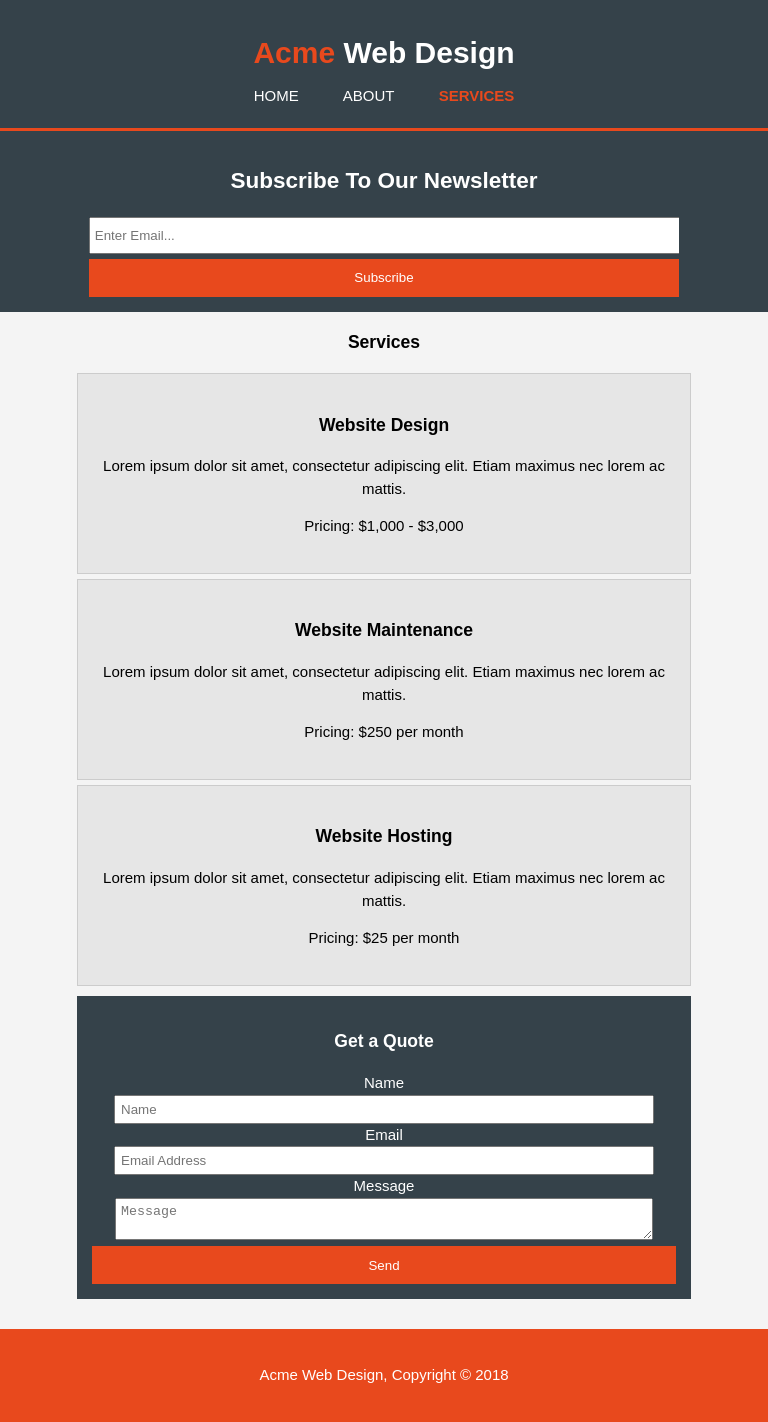
Repository: pablitoe61/exercices-html
Page: responsive/services.html
The author's editor kept a record of every edit. The page is drawn from the files as they stood at one moment, then again after the next edit.
The browser window is 768 px wide. The pictures show the whole page.
Some web libraries are served in a nearby version.

Above is the page before.

### responsive/services.html
<!DOCTYPE html>
    <html lang="en">
        <head>
            <title>Acme Web Design | Services</title>
            <meta charset="UTF-8">
            <meta name="viewport" content="width=device-width, initial-scale=1.0">
            <meta http-equiv="X-UA-Compatible" content="ie=edge">
            <meta name="description" content="Affordable and professional web design">
            <meta name="keywords" content="web design, affordable web design, professional web design">
            <meta name="author" content="Pablo Espinoza">
            <link rel="stylesheet" href="https://use.fontawesome.com/releases/v5.5.0/css/all.css" integrity="sha384-B4dIYHKNBt8Bc12p+WXckhzcICo0wtJAoU8YZTY5qE0Id1GSseTk6S+L3BlXeVIU" crossorigin="anonymous">
            <link rel="stylesheet" href="css/styles.css">
        </head>
        <body>

            <header>
                <div class="container">
                    <div id="branding">
                        <h1><span class="highlight">Acme</span> Web Design</h1>
                    </div>
                    <nav>
                        <ul>
                            <li><a href="index.html">Home</a></li>
                            <li><a href="about.html">About</a></li>
                            <li class="current"><a href="services.html">Services</a></li>
                        </ul>
                    </nav>
                </div>
            </header>


            <section id="newsletter">
                <div class="container">
                    <h1>Subscribe To Our Newsletter</h1>
                    <form>
                        <input type="email" placeholder="Enter Email...">
                        <button type="submit" class="button_1">Subscribe</button>
                    </form>
                </div>
            </section>

            <section id="main">
                <div class="container">
                    <article id="main-col">
                        <h1 class="page-title">Services</h1>
                        <ul id="services">
                            <li>
                                <h3>Website Design</h3>
                                <p>Lorem ipsum dolor sit amet, consectetur adipiscing elit. Etiam maximus nec lorem ac mattis.</p>
                                <p>Pricing: $1,000 - $3,000</p>
                            </li>
                            <li>
                                <h3>Website Maintenance</h3>
                                <p>Lorem ipsum dolor sit amet, consectetur adipiscing elit. Etiam maximus nec lorem ac mattis.</p>
                                <p>Pricing: $250 per month</p>
                            </li>
                            <li>
                                <h3>Website Hosting</h3>
                                <p>Lorem ipsum dolor sit amet, consectetur adipiscing elit. Etiam maximus nec lorem ac mattis.</p>
                                <p>Pricing: $25 per month</p>
                            </li>
                        </ul>
                    </article>

                    <aside id="sidebar">
                        <div class="dark">
                            <h3>Get a Quote</h3>
                            <form class="quote">
                                <div>
                                    <label>Name</label><br>
                                    <input type="text" placeholder="Name">
                                </div>
                                <div>
                                    <label>Email</label><br>
                                    <input type="email" placeholder="Email Address">
                                </div>
                                <div>
                                    <label>Message</label><br>
                                    <textarea placeholder="Message"></textarea>
                                </div>
                                <button class="button_1" type="submit">Send</button>
                            </form>
                        </div>
                    </aside>
                </div>
            </section>

            <footer>
                <p>Acme Web Design, Copyright &copy; 2018</p>
            </footer>

        </body>
    </html>

### responsive/css/styles.css
body{
    font: 15px/1.5 Arial, Helvetica, sans-serif;
    padding:0;
    margin:0;
    background-color:#f4f4f4;
}

/* Global */

.container{
    width:80%;
    margin:auto;
    overflow:hidden;
}

ul{
    margin:0;
    padding:0;
}

.button_1{
    height:38px;
    background:#e8491d;
    border:0;
    padding: 0 20px;
    color:#fff;
}

.dark{
    padding:15px;
    background:#35424a;
    color:#fff;
    margin-top:10px;
    margin-bottom:10px;
}

/* Header */

header{
    background:#35424a;
    color:#ffffff;
    padding-top:30px;
    min-height:70px;
    border-bottom:#e8491d 3px solid;
}

header a{
    color:#fff;
    text-decoration:none;
    text-transform:uppercase;
}

header ul{
    margin:0;
    padding:0;
}

header li{
    float:left;
    display: inline;
    padding: 0 20px;
}

header #branding{
    float:left;
}

header #branding h1{
    margin:0;
}

header nav{
    float:right;
    margin-top:10px;
}

header .highlight, header .current a{
    color:#e8491d;
    font-weight:bold;
}

header a:hover{
    color:#ccc;
    font-weight:bold;
}

/* Showcase */

#showcase{
    min-height:400px;
    background:url(../img/showcase.jpg) no-repeat -600px -700px;
    filter:grayscale(20%);
    text-align:center;
    color:#fff;
}

#showcase h1{
    margin-top:100px;
    font-size:55px;
    margin-bottom:10px;
}

#showcase p{
    font-size:20px;
}

/* Newsletter */

#newsletter{
    padding:15px;
    color:#fff;
    background:#35424a;
}

#newsletter h1{
    float:left;
}

#newsletter form{
    float:right;
    margin-top:15px;
}

#newsletter input[type="email"]{
    padding:4px;
    height:25px;
    width:250px;
}

/* Boxes */

#boxes{
    margin-top:20px;
}

#boxes .box{
    float:left;
    text-align:center;
    width:30%;
    padding:10px;
}

#boxes .box .logu{
    font-size: 150px;
}

.fa-html5{
    color:#F16529;
}

.fa-css3-alt{
    color:#2A65F1;
}


/* Sidebar */

aside#sidebar{
    float:right;
    width:30%;
    margin-top:10px;
}

aside#sidebar .quote input, aside#sidebar .quote textarea {
    width:90%;
    padding:5px;
}

/* Main-col */

article#main-col{
    float:left;
    width:65%;
}

/* Services */

ul#services li{
    list-style:none;
    padding:20px;
    border: #ccc solid 1px;
    margin-bottom:5px;
    background:#e6e6e6;
}

footer{
    padding:20px;
    margin-top:20px;
    color:#fff;
    background-color:#e8491d;
    text-align:center;
}

/* Media Queries */

@media(max-width: 768px){
    header #branding,
    header nav,
    header nav li,
    #newsletter h1,
    #newsletter form,
    #boxes .box,
    article#main-col,
    aside#sidebar{
        float:none;
        text-align:center;
        width:100%;
    }

    header{
        padding-bottom:20px;
    }

    #showcase h1{
        margin-top:40px;
    }

    #newsletter button, .quote button{
        display:block;
        width:100%;
    }

    #newsletter form input[type="email"]{
        width:100%;
        margin-bottom:5px;
    }
}

After the next edit:
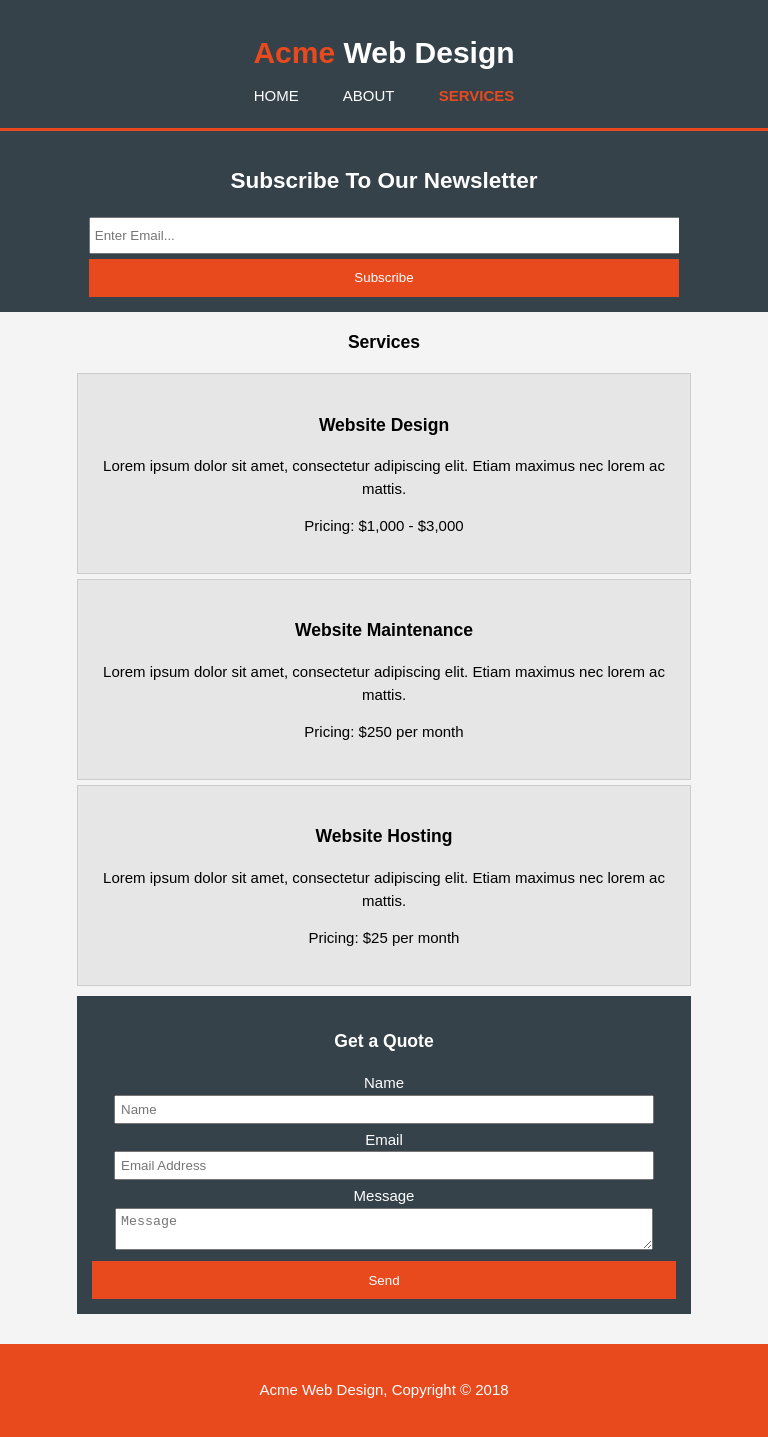
The edit:
--- a/responsive/css/styles.css
+++ b/responsive/css/styles.css
@@ -220,7 +220,7 @@
         width:100%;
     }
 
-    #newsletter form input[type="email"]{
+    #newsletter form input[type="email"], .quote input, .quote textarea{
         width:100%;
         margin-bottom:5px;
     }
